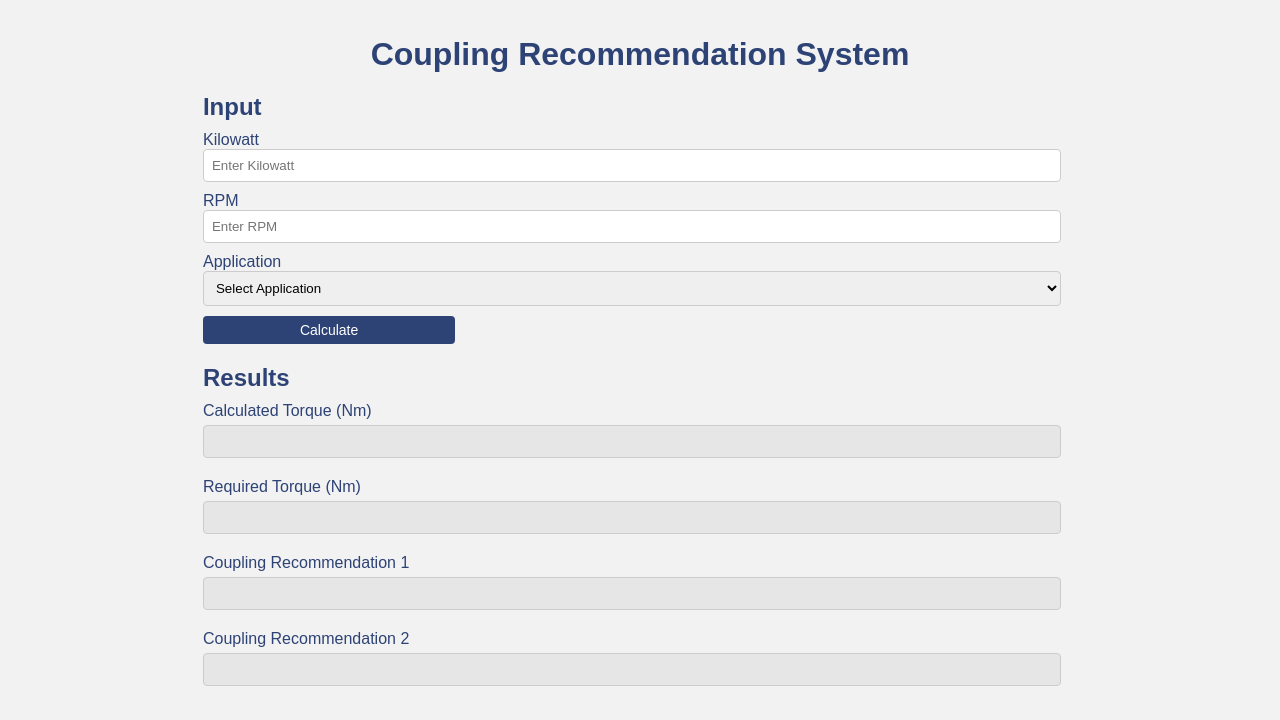
Repository: JustinSadie/calculator
Page: newIndex.html
An editor plug-in stored every save of this project. The page is shown before and after the next save, followed by the edit.
The browser window is 1280 px wide. The pictures show the whole page.

Above is the page before, as saved 2024-08-25 15:43:10.

After the next save:
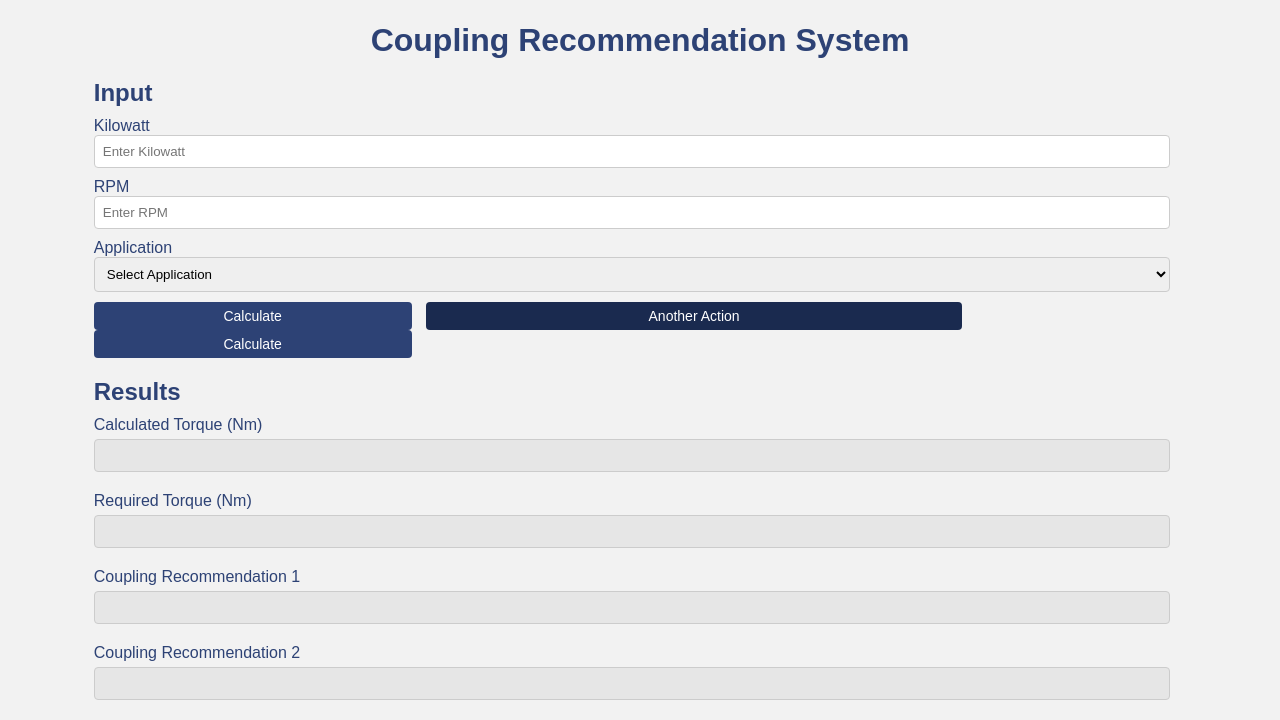
Saved 66 s later.
--- a/newIndex.html
+++ b/newIndex.html
@@ -54,6 +54,9 @@
         />
 
         <button onclick="displayResults()">Calculate</button>
+        <button class="additional">Another Action</button>
+        <button onclick="displayResults()">Calculate</button>
+
       </div>
 
       <div class="output-section">
